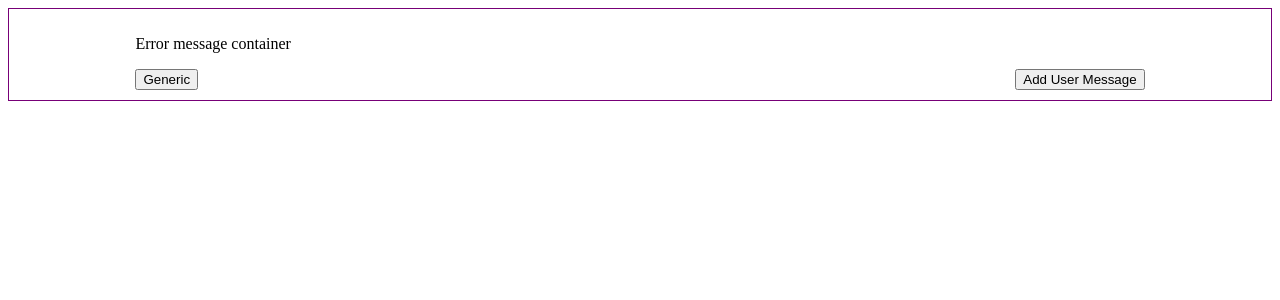
Repository: codeandcloud/message-demo
Page: index.html
The author's editor kept a copy of each file at every save. The page is drawn from the files as they stood at one save, then again after the next save.
The browser window is 1280 px wide. The pictures show the whole page.

Above is the page before, as saved 2020-05-29 11:03:42.

### index.html
<!DOCTYPE html>
<html lang="en">
<head>
    <meta charset="UTF-8">
    <meta name="viewport" content="width=device-width, initial-scale=1.0">
    <title>ES6 - Messages</title>

    <script src="scripts/jquery.min.js"></script>

    <script src="shared/globals.js" type="text/javascript"></script>
    <script src="pages/home.js" type="text/javascript"></script>
</head>
<body>
    <div style="border:1px #707 solid; padding:10px 10%; margin:0 auto;">
        <p id="result">Error message container</p>
        <div style="display:flex; justify-content:space-between;">
            <button id="show-generic-message">Generic</button>
            <button id="show-add-user-message">Add User Message</button>
        </div>
    </div>
</body>
</html>

### shared/globals.js
var appMessage = {
  genericError: 'An error occured',
  genericMessage: 'General message for the app',
  //....,
  index: {
    addUserSuccessMessage: 'Add user successful', // Specific message for a page
    //....,
  }
};

### pages/home.js

$(document).ready(() => {

  $('#show-generic-message').click(evt =>{
    evt.preventDefault();
    alert(appMessage.genericError);
  });

  $('#show-add-user-message').click(evt =>{
    evt.preventDefault();
    alert(appMessage.index.addUserSuccessMessage);
  });

});

Loaded but not shown: scripts/jquery.min.js (library)

After the next save:
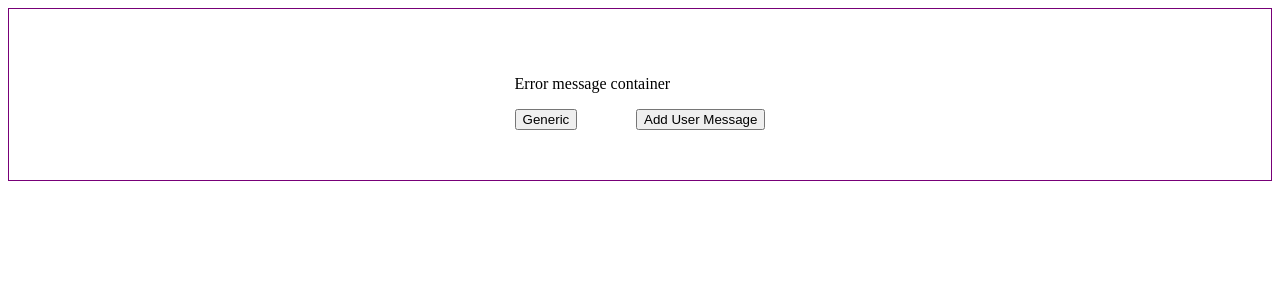
Saved 48 s later.
--- a/index.html
+++ b/index.html
@@ -11,7 +11,7 @@
     <script src="pages/home.js" type="text/javascript"></script>
 </head>
 <body>
-    <div style="border:1px #707 solid; padding:10px 10%; margin:0 auto;">
+    <div style="border:1px #707 solid; padding:50px 40%; margin:0 auto;">
         <p id="result">Error message container</p>
         <div style="display:flex; justify-content:space-between;">
             <button id="show-generic-message">Generic</button>
